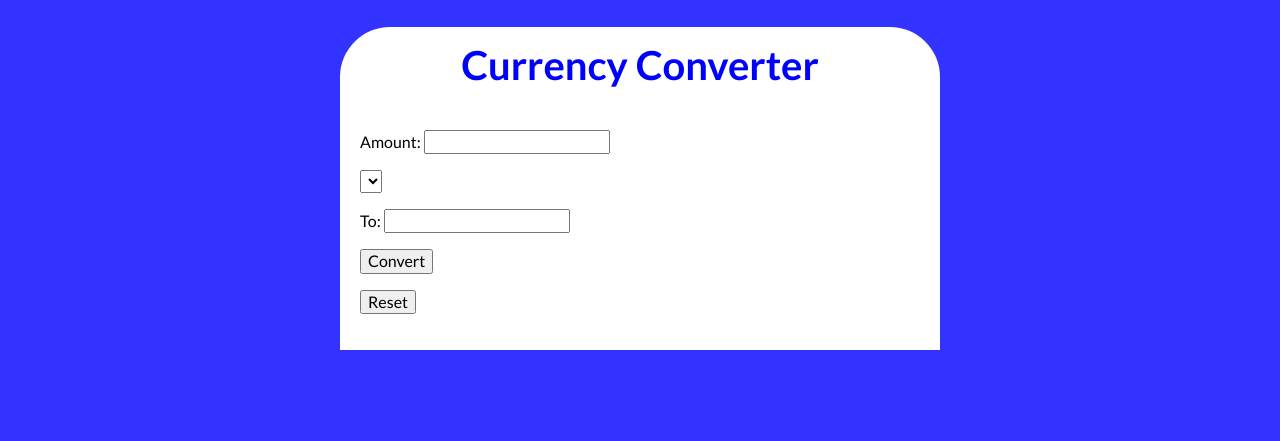
Repository: kkasperczyk/currency-converter
Page: index.html
An editor plug-in stored every save of this project. The page is shown before and after the next save, followed by the edit.
The browser window is 1280 px wide. The pictures show the whole page.

Above is the page before, as saved 2020-06-15 22:34:09.

After the next save:
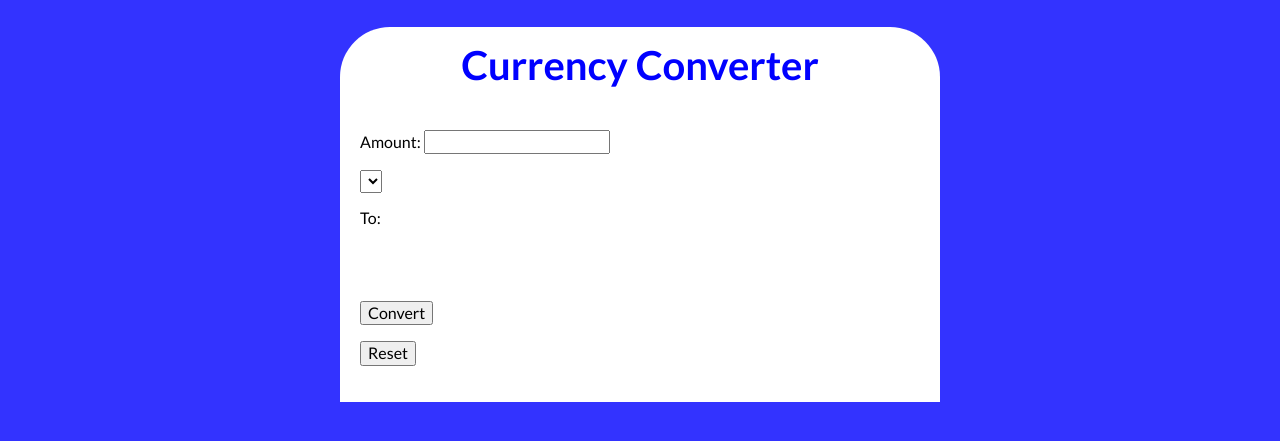
Saved 12 s later.
--- a/index.html
+++ b/index.html
@@ -40,7 +40,9 @@
                 <p>
                     <label>
                         To:
-                        <input type="number" name="to-currency" required>
+                        <option value=""></option>
+                        <option value=""></option>
+                        <option value=""></option>
                     </label>
                 </p>
                 <p>
